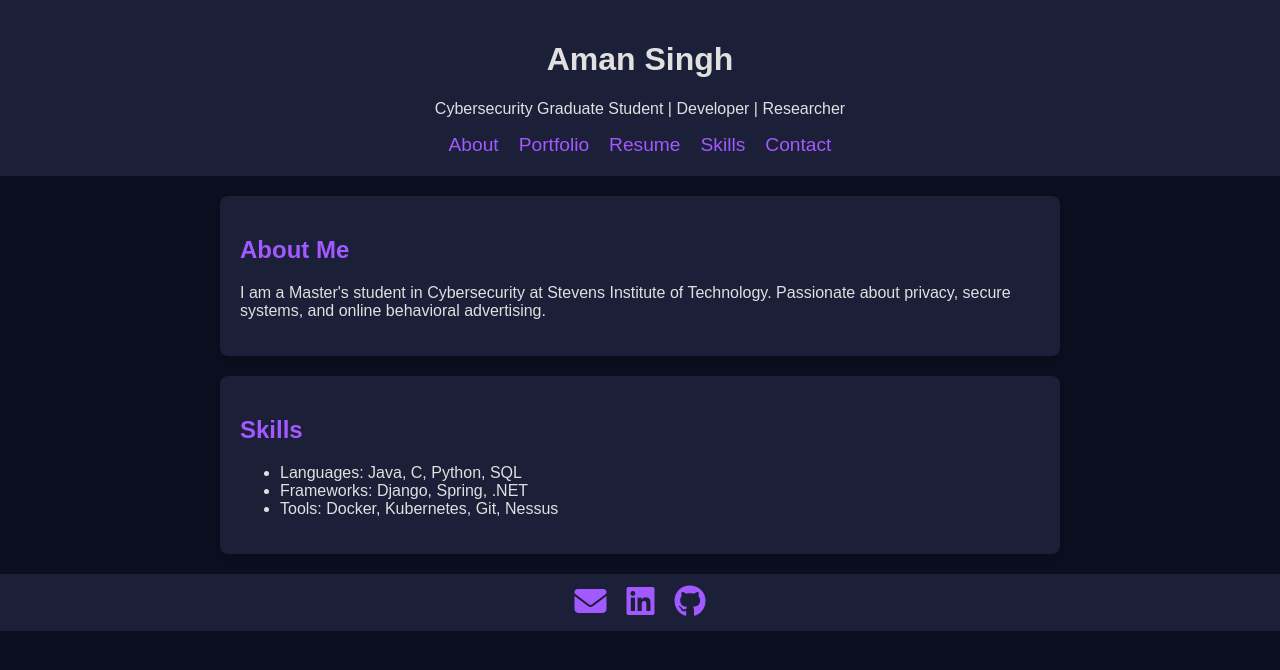
Repository: aman3singh/portfolio
Page: index.html
An editor plug-in stored every save of this project. The page is shown before and after the next save, followed by the edit.
The browser window is 1280 px wide. The pictures show the whole page.

Above is the page before, as saved 2025-02-11 19:00:30.

After the next save:
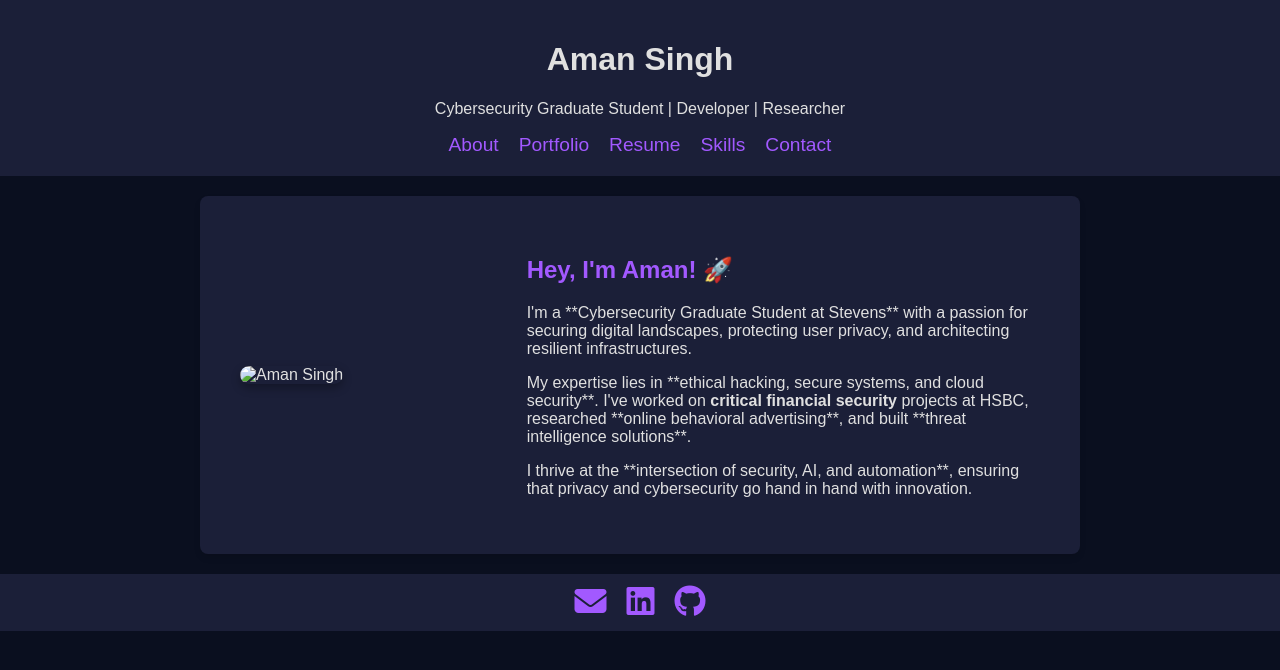
Not found: your-image.jpg
Saved 38 min 29 s later.
--- a/index.html
+++ b/index.html
@@ -20,20 +20,23 @@
         </nav>
     </header>
 
-    <section id="about">
-        <h2>About Me</h2>
-        <p>I am a Master's student in Cybersecurity at Stevens Institute of Technology. Passionate about privacy, secure systems, and online behavioral advertising.</p>
+    <section id="about" style="display: flex; align-items: center; gap: 30px; padding: 40px;">
+        <div style="flex: 1;">
+            <img src="your-image.jpg" alt="Aman Singh" style="width: 100%; max-width: 300px; border-radius: 12px; box-shadow: 0px 4px 10px rgba(0, 0, 0, 0.3);">
+        </div>
+        <div style="flex: 2;">
+            <h2 style="color: #A259FF;">Hey, I'm Aman! 🚀</h2>
+            <p>
+                I'm a **Cybersecurity Graduate Student at Stevens** with a passion for securing digital landscapes, protecting user privacy, and architecting resilient infrastructures.
+            </p>
+            <p>
+                My expertise lies in **ethical hacking, secure systems, and cloud security**. I've worked on <b>critical financial security</b> projects at HSBC, researched **online behavioral advertising**, and built **threat intelligence solutions**.
+            </p>
+            <p>
+                I thrive at the **intersection of security, AI, and automation**, ensuring that privacy and cybersecurity go hand in hand with innovation.
+            </p>
+        </div>
     </section>
-
-    <section id="skills">
-        <h2>Skills</h2>
-        <ul>
-            <li>Languages: Java, C, Python, SQL</li>
-            <li>Frameworks: Django, Spring, .NET</li>
-            <li>Tools: Docker, Kubernetes, Git, Nessus</li>
-        </ul>
-    </section>
-
 
 
     <footer>
